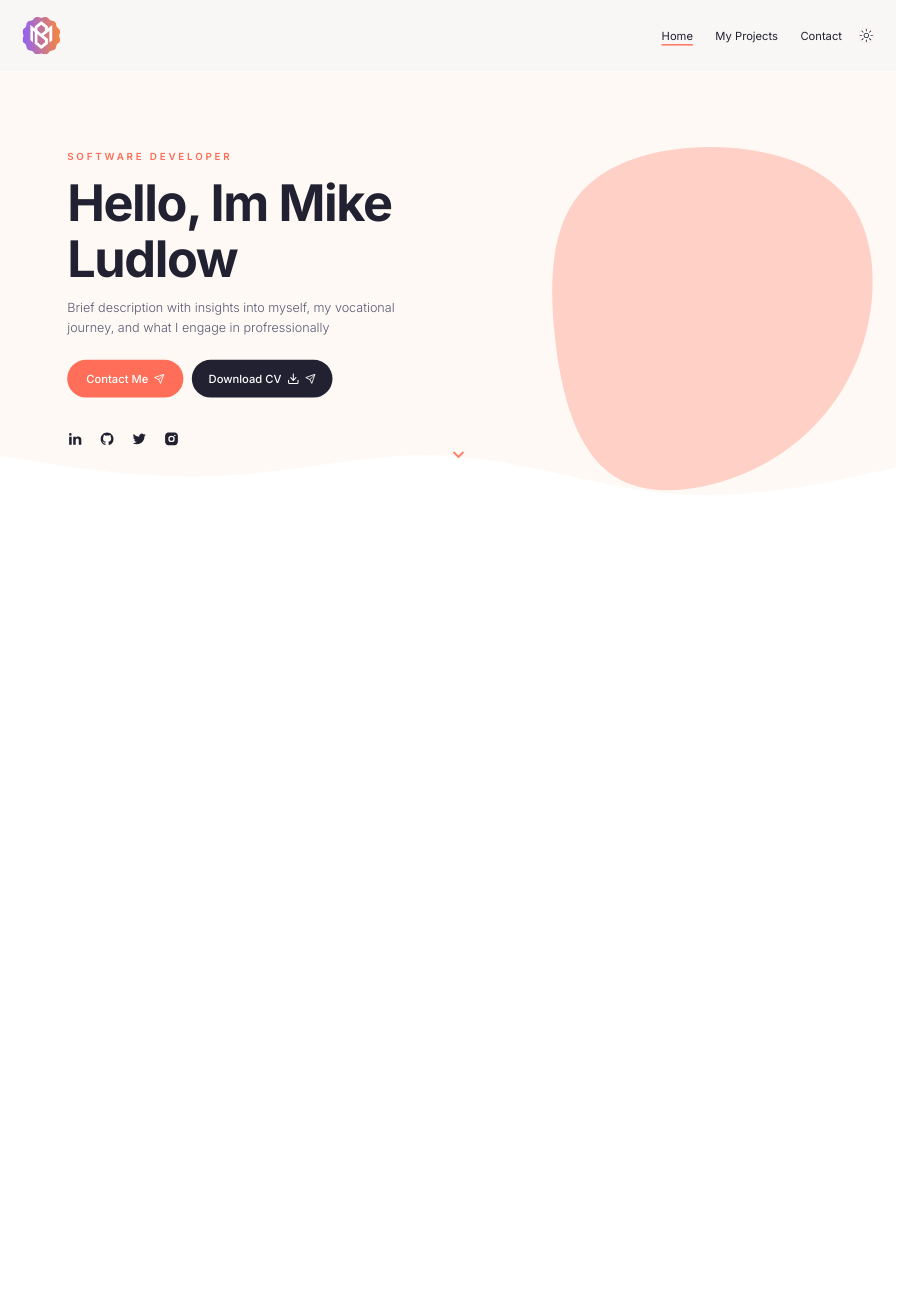
Repository: MikeeBuilds/mike-port
Page: /
These files come from the project's save history. The page is drawn as it stood at one moment and after a run of saves; the edit follows.
The browser window is 1280 px wide. The page is 1288 px wide, so the pictures cover 1288 px, including what lies to the right of the window. The pictures show the part of the page from y = 0 to 1880 px (the page is 4731 px tall), at 70% of full size.
The project was rebuilt for these pictures with package versions that can differ from the ones it lists, and the page was loaded fresh each time. The framework's server and built-in components were replaced by stand-ins that run in the browser. Also part of the build but not shown: next.config.js, components/Badge.jsx.

Above is the page before, as saved 2023-11-30 11:10:06.

### app/layout.jsx
import { Inter } from 'next/font/google'
import './globals.css'
import Header from '@/components/Header'
import Footer from '@/components/Footer'
import { ThemeProvider } from '@/components/ThemeProvider'

const inter = Inter({ subsets: ['latin'] })

export const metadata = {
  title: 'Mike Ludlow | Dev',
  description: 'Generated by create next app',
}

export default function RootLayout({ children }) {
  return (
    <html lang="en" suppressHydrationWarning>
      <body className={inter.className}
      >
        <ThemeProvider attribute="class" defaultTheme="light">
          <Header />
            {children}
          <Footer />
        </ThemeProvider>
      </body>
    </html>
  )
}

### app/template.js
"use client";

import { motion } from "framer-motion";
// hooks
import useScrollProgress from "@/hooks/useScrollProgress";

//variants
const variants = {
  hidden: { opacity: 0 },
  enter: { opacity: 1 },
};

const Template = ({ children }) => {
  const completion = useScrollProgress();
  return (
    <>
      <motion.main
        variants={variants}
        initial="hidden"
        animate="enter"
        transition={{ type: "linear", delay: 0.2, duration: 0.4 }}
      >
        {children}
      </motion.main>
      {/* completion bar */}
      <span
        style={{ transform: `translateY(${completion - 100}%)` }}
        className="fixed z-50 bg-primary w-1 top-0 right-0
      bottom-0 transition-all duration-700"
      ></span>
      <div className="h-[4000px]"></div>
    </>
  );
};

export default Template;

### app/page.jsx
import Hero from '@/components/Hero'
import { main } from 'json'
import Image from 'next/image'

export default function Home() {
  return (
    <main>
      <Hero/>
    </main>
  )
}

### app/globals.css
@tailwind base;
@tailwind components;
@tailwind utilities;

@layer base {
  @layer base {
    :root {
      --background: 0 0% 100%;
      --foreground: 240 19% 16%;
      --card: 0 0% 100%;
      --card-foreground: 240 19% 16%;
      --popover: 0 0% 100%;
      --popover-foreground: 20 14.3% 4.1%;
      --primary: 8 99% 67%;
      --primary-foreground: 300 0% 100%;
      --secondary: 240 19% 16%;
      --secondary-foreground: 300 0% 100%;
      --tertiary: 27 82% 98%;
      --muted: 60 4.8% 95.9%;
      --muted-foreground: 237 13% 40%;
      --accent: 237 9% 96%;
      --accent-foreground: 24 9.8% 10%;
      --destructive: 0 84.2% 60.2%;
      --destructive-foreground: 60 9.1% 97.8%;
      --border: 8 82% 92%;
      --input: 8 82% 92%;
      --ring: 9 99% 67%;
      --radius: 1rem;
    }

    .dark {
      --background: 237 22% 20%;
      --foreground: 60 9.1% 97.8%;
      --card: 240 19% 16%;
      --card-foreground: 300 0% 100%;
      --popover: 20 14.3% 4.1%;
      --popover-foreground: 60 9.1% 97.8%;
      --primary: 8 99% 67%;
      --primary-foreground: 300 0% 100%;
      --secondary: 240 19% 16%;
      --secondary-foreground:300 0% 100%;
      --tertiary: 237 22% 20%;
      --muted: 12 6.5% 15.1%;
      --muted-foreground: 237 13% 63%;
      --accent: 240 19% 16%;
      --accent-foreground: 300 0% 100%;
      --destructive: 0 72.2% 50.6%;
      --destructive-foreground: 60 9.1% 97.8%;
      --border: 237 22% 23%;
      --input: 237 22% 23%;
      --ring: 8 99% 67%;
    }
  }
}

@layer base {
  * {
    @apply border-border;
  }
  body {
    @apply bg-background text-foreground;
  }
}

.h1 {
  @apply text-6xl xl:text-[72px] xl:leading-[80px] tracking-[-2px] font-bold;
}

.subtitle {
  @apply text-muted-foreground text-lg mb-8 font-light;
}

### components/Header.jsx
"use client";
import React, { useState, useEffect } from "react";

// components
import Logo from "./Logo";
import ThemeToggler from "./ThemeToggler";
import Nav from "./Nav";
import MobileNav from "./MobileNav";
import { usePathname } from "next/navigation";

const Header = () => {
  const [header, setHeader] = useState(false);
  const pathname = usePathname();

  useEffect(() => {
    const scrollYpos = window.addEventListener("scroll", () => {
      window.scrollY > 50 ? setHeader(true) : setHeader(false);
    });

    // remove event
    return () => window.removeEventListener("scroll", scrollYpos);
  });

  return (
    <header
      className={`${
        header
          ? "py-4 bg-white shadow-lg dark:bg-accent"
          : "py-6 dark:bg-transparent"
      } sticky top-0 z-30 transition-all ${pathname === '/' && 'bg-[#f9f7f5]'}`}
    >
      <div className="container mx-auto">
        <div className="flex justify-between items-center">
          <Logo />
          <div className="flex items-center gap-x-6">
            {/* nav */}
            <Nav
              containerStyles="hidden xl:flex gap-x-8 items-center"
              linkStyles="relative hover:text-primary transition-all"
              underlineStyles="absolute left-0 top-full h-[2px] bg-primary w-full"
            />
            <ThemeToggler />
            {/* mobile nav */}
            <div className="lg:hidden">
              <MobileNav />
            </div>
          </div>
        </div>
      </div>
    </header>
  );
};

export default Header;

### components/Footer.jsx

const Footer = () => {
  return (
    <footer>Footer</footer>
  )
}

export default Footer

### components/ThemeProvider.jsx
"use client"


import {
    ThemeProvider as NextThemesProvider
} from "next-themes";



export function ThemeProvider({ children, ...props}) {
    return <NextThemesProvider {...props}>{children}</NextThemesProvider>
}

### hooks/useScrollProgress.js
import React, { useState, useEffect} from 'react'

const useScrollProgress = () => {
    const [completion, setCompletion] = useState(0);

    useEffect(() => {
        const updateScrollCompletion = () => {
            const currentProgress = window.scrollY;
            const scrollHeight = document.body.scrollHeight - window.innerHeight;

            if (scrollHeight) {
                setCompletion(Number(currentProgress / scrollHeight).toFixed(2) * 100);
            }
        };
            // event
        window.addEventListener('scroll', updateScrollCompletion);
            //clear event
            return () => window.removeEventListener('scroll', updateScrollCompletion);
    }, []);


    return completion;
};

export default useScrollProgress

### components/Hero.jsx
import Link from "next/link";
import { Download, Send } from "lucide-react";
import { Button } from "./ui/button";

import {
  RiBriefcase4Fill,
  RiTeamFill,
  RiTodoFill,
  RiArrowDownSLine,
} from "react-icons/ri";

//components
import DevImg from "./DevImg";
import Badge from "./Badge";
import Socials from "./Socials";

const Hero = () => {
  return (
    <section className="py-12 xl:py-24 h-[84vh] xl:pt-28 bg-hero bg-no-repeat bg-bottom bg-cover dark:bg-none">
      <div className="flex justify-between gap-x-8">
        {/* text */}
        <div className="flex max-w-[600px] flex-col justify-center mx-auto xl:mx-24 text-center xl:text-left">
          <div className="text-sm uppercase font-semibold mb-4 text-primary tracking-[4px]">
            Software Developer
          </div>
          <h1 className="h1 mb-4">Hello, Im Mike Ludlow</h1>
          <p className="subtitle max-w-[490px] mx-auto xl:mx-0">
            Brief description with insights into myself, my vocational journey,
            and what I engage in profressionally
          </p>
          {/* buttons */}
          <div
            className="flex flex-col gap-y-3 md:flex-row gap-x-3 mx-auto
          xl:mx-0 mb-12"
          >
            <Link href="/contact">
              <Button className="gap-x-2">
                Contact Me <Send size={15} />
              </Button>
            </Link>
            <Button variant="secondary" className="gap-x-2">
              Download CV <Download size={18} /> <Send size={15} />
            </Button>
          </div>
          {/* socials */}
          <Socials
            containerStyles="flex gap-x-6 mx-auto xl:mx-0"
            iconStyles="text-foreground text-[22px] hover:text-primary transition-all"
          />
        </div>
        {/* image */}
        <div className="hidden xl:flex relative">
          <div className="bg-hero_shape2_light dark:bg-hero_shape2_dark w-[500px] h-[500px] bg-no-repeat absolute -top-1 -right-2"></div>
          <DevImg/>
        </div>
        {/* icon */}
        <div className="hidden md:flex absolute left-2/4 bottom-44 xl:bottom-12 animate-bounce">
          <RiArrowDownSLine className="text-3xl text-primary" />
        </div>
      </div>
    </section>
  );
};

export default Hero;

### components/Logo.jsx
import Link from "next/link";
import Image from "next/image";


const Logo = () => {
  return (
    <Link href="/">
        <Image src='/logo.svg' width={54} height={54} priority alt="logo"/>
    </Link>
  )
}

export default Logo

### components/ThemeToggler.jsx
"use client";

import { Button } from "./ui/button";
import { MoonIcon, SunIcon } from "@radix-ui/react-icons";
import { useTheme } from "next-themes";

const ThemeToggler = () => {
  const { theme, setTheme } = useTheme();
  return (
    <Button variant='outline' size="outline" onClick={() => setTheme(theme === 'dark' ? 'light' : 'dark')}>
      <SunIcon
        className="h-[1.2rem] w-[1.2rem] rotate-0 scale-100 transition-all
      dark:rotate-90 dark:scale-0"
      />
      <MoonIcon
        className="absolute h-[1.2rem] w-[1.2rem] rotate-90 scale-0 transition-all
       dark:rotate-0 dark:scale-100"
      />
    </Button>
  );
};

export default ThemeToggler;

### components/Nav.jsx
import Link from "next/link";

//next hooks
import { usePathname } from "next/navigation";

//framer motion
import { motion } from "framer-motion";

const links = [
  { path: "/", name: "home" },
  { path: "/projects", name: "my projects" },
  { path: "/contact", name: "contact" },
];

const Nav = ({ containerStyles, linkStyles, underlineStyles }) => {
  const path = usePathname();
  return (
    <nav className={`${containerStyles}`}>
      {links.map((link, index) => {
        return (
          <Link
            href={link.path}
            key={index}
            className={`capitalize ${linkStyles}`}
          >
            {link.path === path && (
              <motion.span
                initial={{ y: "-100%" }}
                animate={{ y: 0 }}
                transition={{ type: "tween" }}
                layoutId="underline"
                className={`${underlineStyles}`}
              />
            )}
            {link.name}
          </Link>
        );
      })}
    </nav>
  );
};

export default Nav;

### components/MobileNav.jsx

const MobileNav = () => {
  return (
    <div>MobileNav</div>
  )
}

export default MobileNav

### components/ui/button.jsx
import * as React from "react"
import { Slot } from "@radix-ui/react-slot"
import { cva } from "class-variance-authority";

import { cn } from "@/lib/utils"

const buttonVariants = cva(
  "inline-flex items-center justify-center whitespace-nowrap rounded-full text-base font-medium ring-offset-background transition-colors focus-visible:outline-none focus-visible:ring-2 focus-visible:ring-ring focus-visible:ring-offset-2 disabled:pointer-events-none disabled:opacity-50",
  {
    variants: {
      variant: {
        default: "bg-primary text-primary-foreground hover:bg-primary/90",
        destructive:
          "bg-destructive text-destructive-foreground hover:bg-destructive/90",
        outline:
          "border border-input bg-background hover:bg-accent hover:text-accent-foreground",
        secondary:
          "bg-secondary text-secondary-foreground hover:bg-secondary/80",
        ghost: "hover:bg-accent hover:text-accent-foreground",
        link: "text-primary underline-offset-4 hover:underline",
      },
      size: {
        default: "h-[54px] px-6 py-2 min-w-[166px]",
        sm: "h-9 rounded-md px-3",
        lg: "h-11 rounded-md px-8",
        icon: "h-10 w-10",
      },
    },
    defaultVariants: {
      variant: "default",
      size: "default",
    },
  }
)

const Button = React.forwardRef(({ className, variant, size, asChild = false, ...props }, ref) => {
  const Comp = asChild ? Slot : "button"
  return (
    (<Comp
      className={cn(buttonVariants({ variant, size, className }))}
      ref={ref}
      {...props} />)
  );
})
Button.displayName = "Button"

export { Button, buttonVariants }

### components/DevImg.jsx
import Image from "next/image";

const DevImg = ({ containerStyles, imgSrc }) => {
  return <div className={`${containerStyles}`}>
    <Image src={imgSrc} fill priority alt="" />
  </div>;
};

export default DevImg;

### components/Socials.jsx
'use client'

import {
  RiLinkedinFill,
  RiGithubFill,
  RiTwitterFill,
  RiInstagramFill
} from 'react-icons/ri';

import Link from 'next/link';

const icons = [
  {
    path: '/',
    name: <RiLinkedinFill />,
  },
  {
    path: '/',
    name: <RiGithubFill />,
  },{
    path: '/',
    name: <RiTwitterFill />,
  },{
    path: '/',
    name: <RiInstagramFill />,
  },
]


import React from "react";

const Socials = ({ containerStyles, iconStyles}) => {
  return <div className={`${containerStyles}`}>
    {icons.map((icon, index) => {
      return <Link href={icon.path} key={index}>
        <div className={`${iconStyles}`}>
          {icon.name}
        </div>
      </Link>
    })}
  </div>;
};

export default Socials;

### tailwind.config.js
/** @type {import('tailwindcss').Config} */
module.exports = {
  darkMode: ["class"],
  content: [
    './pages/**/*.{js,jsx}',
    './components/**/*.{js,jsx}',
    './app/**/*.{js,jsx}',
    './src/**/*.{js,jsx}',
	],
  theme: {
    container: {
      center: true,
      padding: "2rem",
      screens: {
        "2xl": "1400px",
      },
    },
    extend: {
      colors: {
        border: "hsl(var(--border))",
        input: "hsl(var(--input))",
        ring: "hsl(var(--ring))",
        background: "hsl(var(--background))",
        foreground: "hsl(var(--foreground))",
        primary: {
          DEFAULT: "hsl(var(--primary))",
          foreground: "hsl(var(--primary-foreground))",
        },
        secondary: {
          DEFAULT: "hsl(var(--secondary))",
          foreground: "hsl(var(--secondary-foreground))",
        },
        tertiary: {
          DEFAULT: "hsl(var(--tertiary))",
        },
        destructive: {
          DEFAULT: "hsl(var(--destructive))",
          foreground: "hsl(var(--destructive-foreground))",
        },
        muted: {
          DEFAULT: "hsl(var(--muted))",
          foreground: "hsl(var(--muted-foreground))",
        },
        accent: {
          DEFAULT: "hsl(var(--accent))",
          foreground: "hsl(var(--accent-foreground))",
        },
        popover: {
          DEFAULT: "hsl(var(--popover))",
          foreground: "hsl(var(--popover-foreground))",
        },
        card: {
          DEFAULT: "hsl(var(--card))",
          foreground: "hsl(var(--card-foreground))",
        },
      },
      borderRadius: {
        lg: "var(--radius)",
        md: "calc(var(--radius) - 2px)",
        sm: "calc(var(--radius) - 4px)",
      },
      keyframes: {
        "accordion-down": {
          from: { height: 0 },
          to: { height: "var(--radix-accordion-content-height)" },
        },
        "accordion-up": {
          from: { height: "var(--radix-accordion-content-height)" },
          to: { height: 0 },
        },
      },
      animation: {
        "accordion-down": "accordion-down 0.2s ease-out",
        "accordion-up": "accordion-up 0.2s ease-out",
      },
      backgroundImage: {
        hero: 'url(/hero-bg.png)',
        hero_shape: 'url(/hero/shape-1.svg)',
        hero_shape2_light: 'url(/hero/shape-2-light.svg)',
        hero_shape2_dark: 'url(/hero/shape-2-dark.svg)',

      }
    },
  },
  plugins: [require("tailwindcss-animate")],
}

Loaded but not shown: lib/utils.js (common file)

After the next 12 saves:
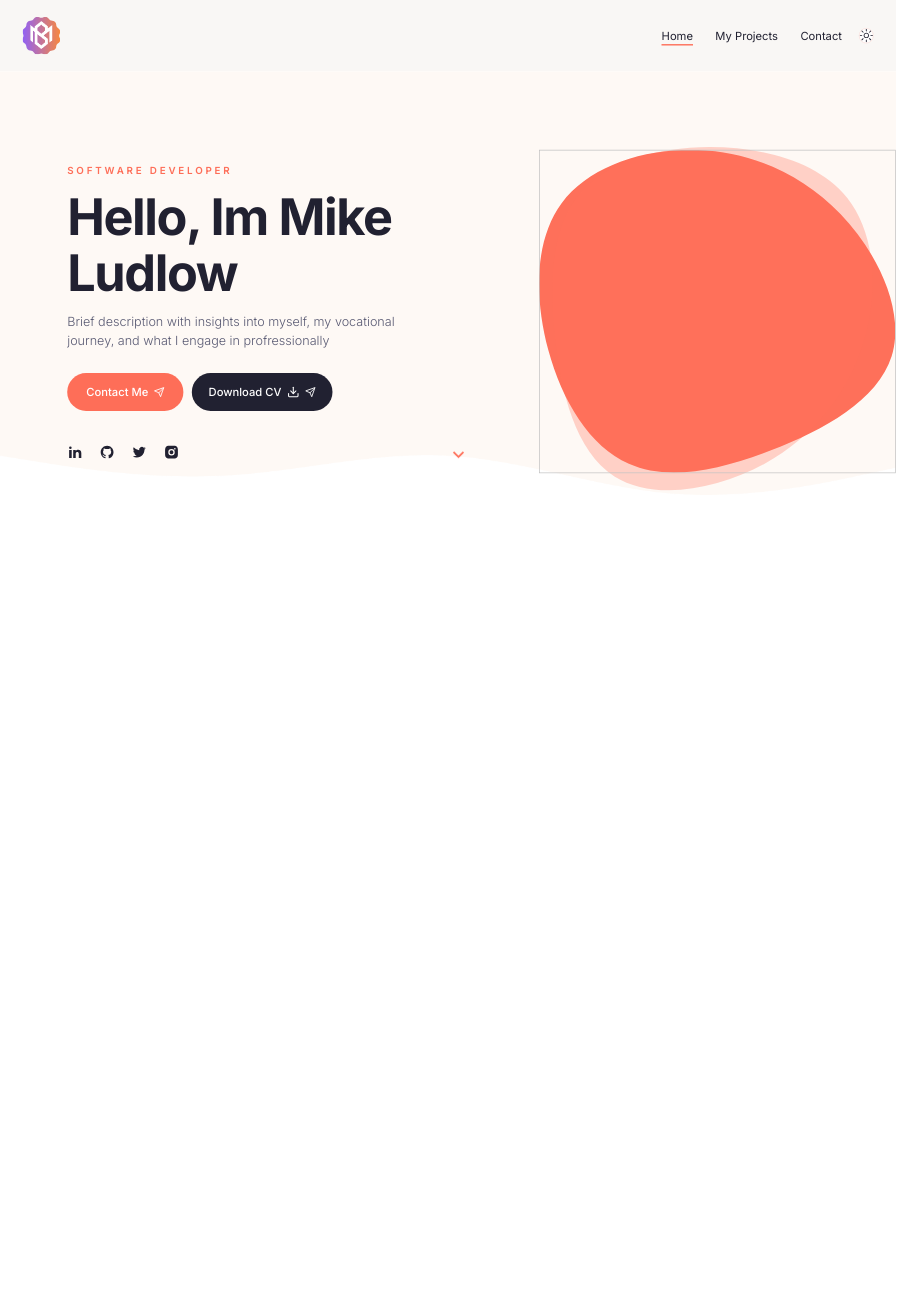
The 12 saves are shown as one change because 4 did not build or start and some came seconds apart.
The last was saved 57 s later.
--- a/components/Hero.jsx
+++ b/components/Hero.jsx
@@ -51,7 +51,7 @@ const Hero = () => {
         {/* image */}
         <div className="hidden xl:flex relative">
           <div className="bg-hero_shape2_light dark:bg-hero_shape2_dark w-[500px] h-[500px] bg-no-repeat absolute -top-1 -right-2"></div>
-          <DevImg/>
+          <DevImg containerStyles="bg-hero_shape w-[510px] h-[462px] bg-no-repeat"/>
         </div>
         {/* icon */}
         <div className="hidden md:flex absolute left-2/4 bottom-44 xl:bottom-12 animate-bounce">
